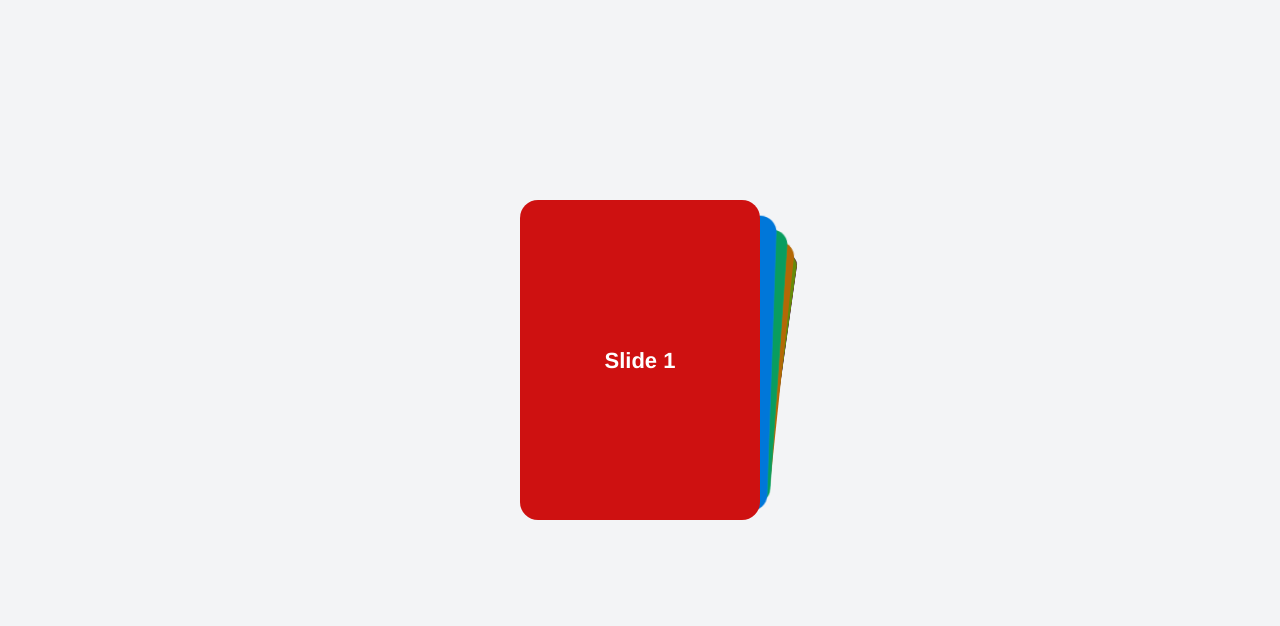
Repository: prathyushaa5/BuyYours
Page: / (app in Frontend/)
The author's editor kept a copy of each file at every save. The page is drawn from the files as they stood at one save, then again after the next save.
The browser window is 1280 px wide. The pictures show the whole page.
The project was rebuilt for these pictures with package versions that can differ from the ones it lists, and the page was loaded fresh each time. Also part of the build but not shown: Frontend/vite.config.js, Frontend/src/components/Login.jsx, Frontend/src/components/Signup.jsx, Frontend/src/components/Home.jsx.

Above is the page before, as saved 2025-02-12 08:26:59.

After the next save:
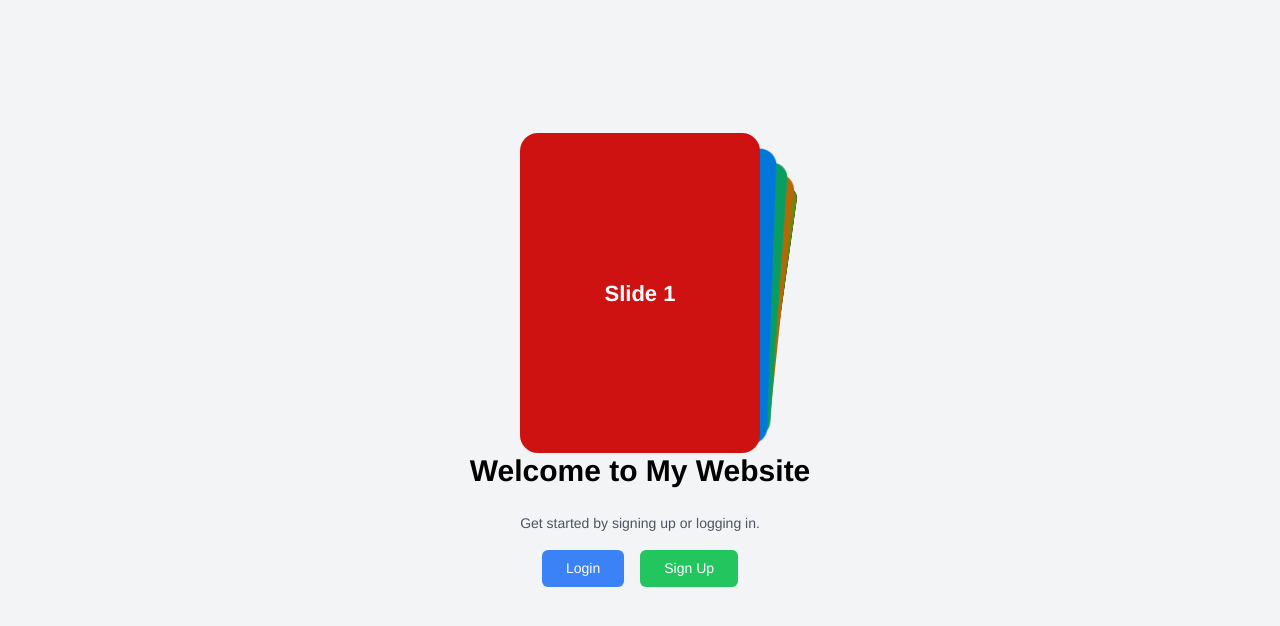
Saved 41 s later.
--- a/Frontend/src/components/Main.jsx
+++ b/Frontend/src/components/Main.jsx
@@ -1,4 +1,4 @@
-// import { useNavigate } from "react-router-dom";
+import { useNavigate } from "react-router-dom";
 import { Swiper, SwiperSlide } from 'swiper/react';
 import 'swiper/css';
 import 'swiper/css/effect-cards';
@@ -6,7 +6,7 @@ import 'swiper/css/effect-cards';
 import "../style.css";
 import { EffectCards } from 'swiper/modules';
 export default function Main() {
-//   const navigate = useNavigate();
+  const navigate = useNavigate();
 
   return (
     <div className="flex flex-col items-center justify-center min-h-screen bg-gray-100">
@@ -26,7 +26,7 @@ export default function Main() {
         <SwiperSlide>Slide 8</SwiperSlide>
         <SwiperSlide>Slide 9</SwiperSlide>
       </Swiper>
-      {/* <h1 className="text-3xl font-bold mb-6">Welcome to My Website</h1>
+      <h1 className="text-3xl font-bold mb-6">Welcome to My Website</h1>
       <p className="mb-4 text-gray-600">Get started by signing up or logging in.</p>
       <div className="flex space-x-4">
         <button
@@ -41,7 +41,7 @@ export default function Main() {
         >
           Sign Up
         </button>
-      </div> */}
+      </div>
     </div>
   );
 }
